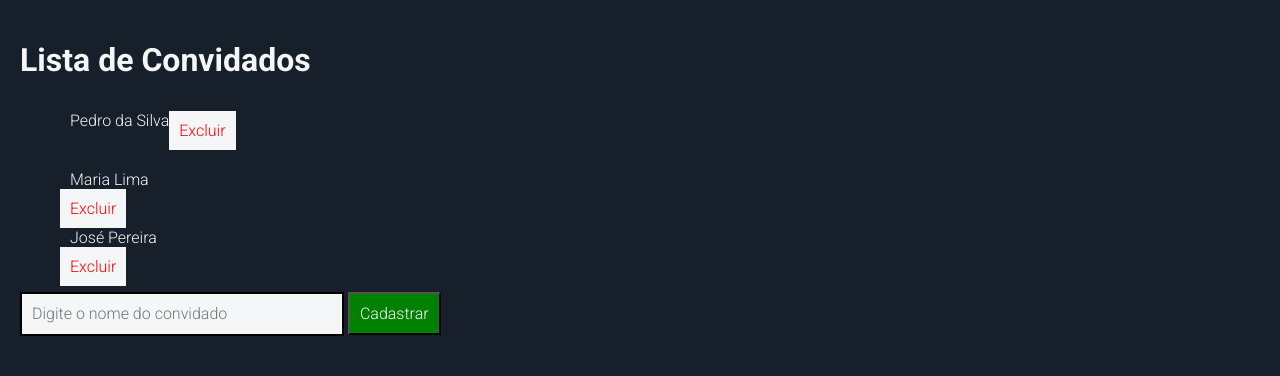
Repository: andrevff/lista-de-convidados
Page: index.html
An editor plug-in stored every save of this project. The page is shown before and after a run of saves, followed by the edit.
The browser window is 1280 px wide. The pictures show the whole page.

Above is the page before, as saved 2022-11-29 17:58:13.

After the next 2 saves:
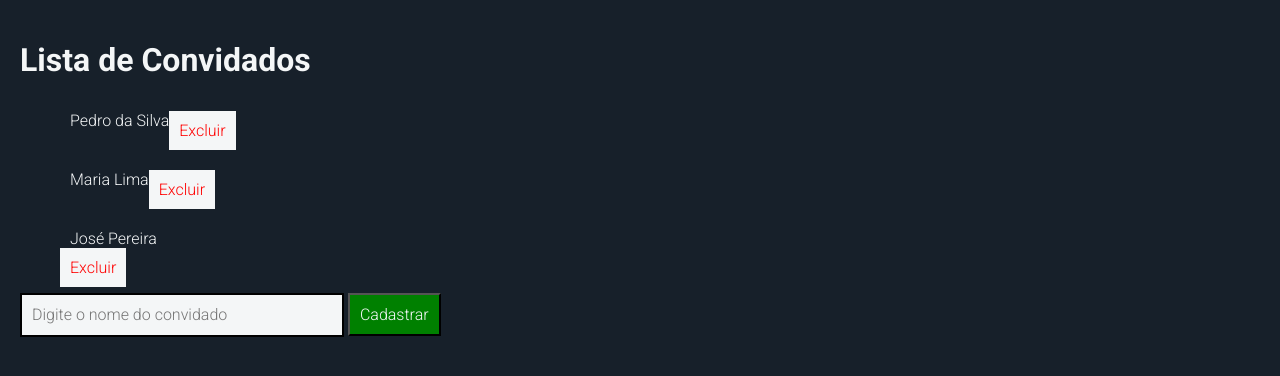
The 2 saves are shown as one change because they came seconds apart.
The last was saved 7 s later.
--- a/index.html
+++ b/index.html
@@ -18,9 +18,8 @@
 
             <li>
                 Maria Lima
-
+                <a href="#">Excluir</a>
             </li>
-            <a href="#">Excluir</a>
             <li>José Pereira</li>
             <a href="#">Excluir</a >
         </ul>
